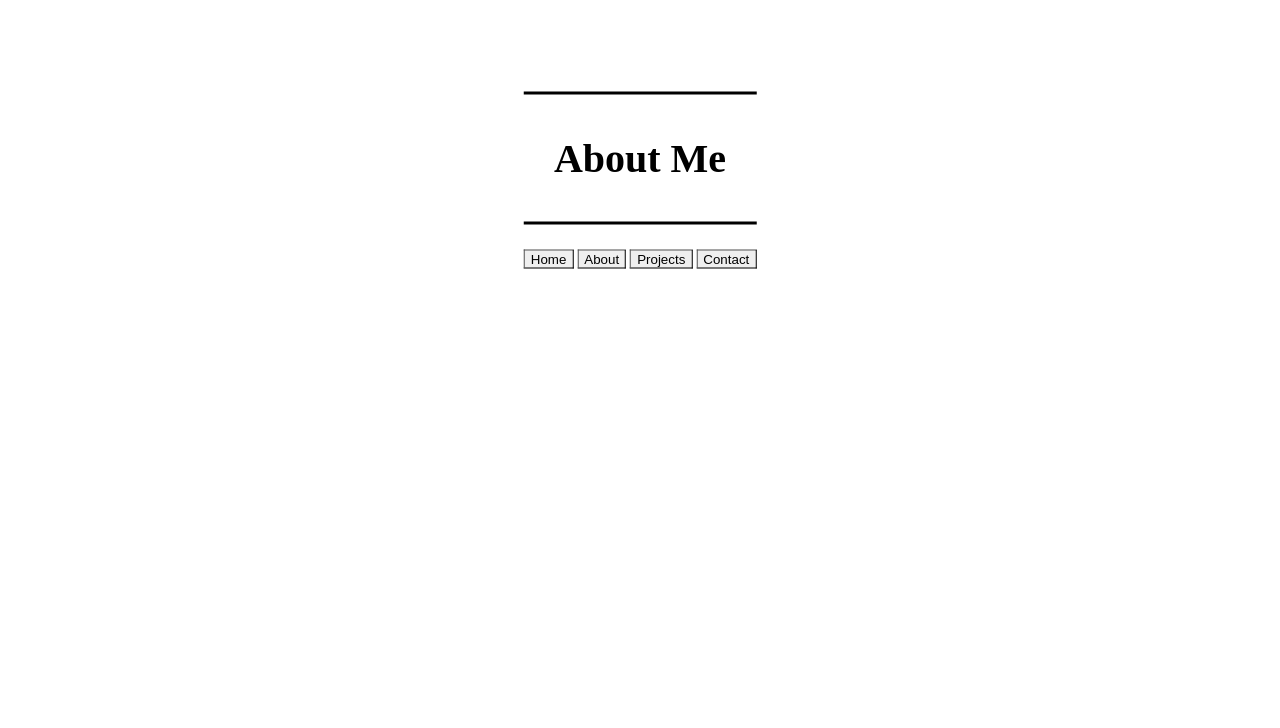
Repository: ElijahHallera/ElijahHallera.github.io
Page: http://localhost/about
The author's editor kept a record of every edit. The page is drawn from the files as they stood at one moment, then again after the next edit.
The browser window is 1280 px wide. The pictures show the whole page.
The page is served by the project's Node server (index.js).

Above is the page before.

After the next edit:
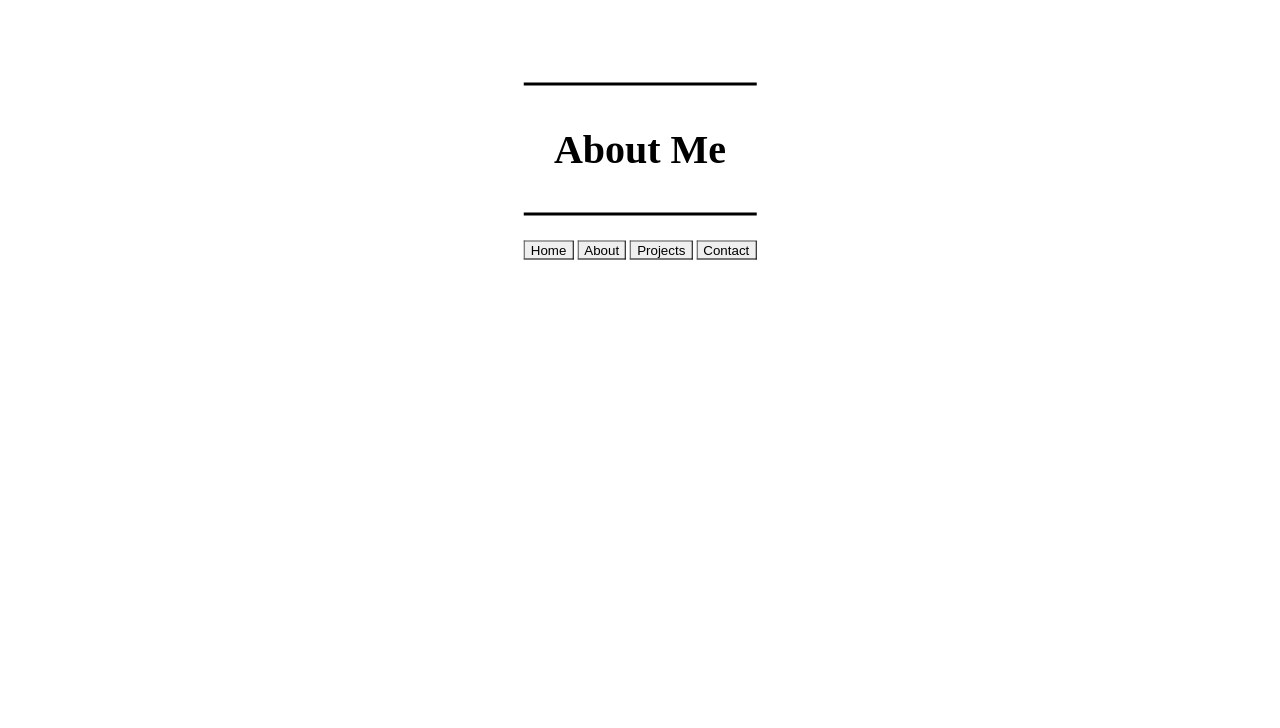
The edit:
--- a/views/About.ejs
+++ b/views/About.ejs
@@ -12,5 +12,8 @@
 			<a href= "/projects"> <button class="button btn btn-default"> Projects </button></a>
 			<a href= "/contact"><button class="button btn btn-default"> Contact </button></a>
 		</nav>
+
+		<img href="https://media.licdn.com/media/AAYQAQSOAAgAAQAAAAAAAB-zrMZEDXI2T62PSuT6kpB6qg.png">
+
 	</div>
 </div>
